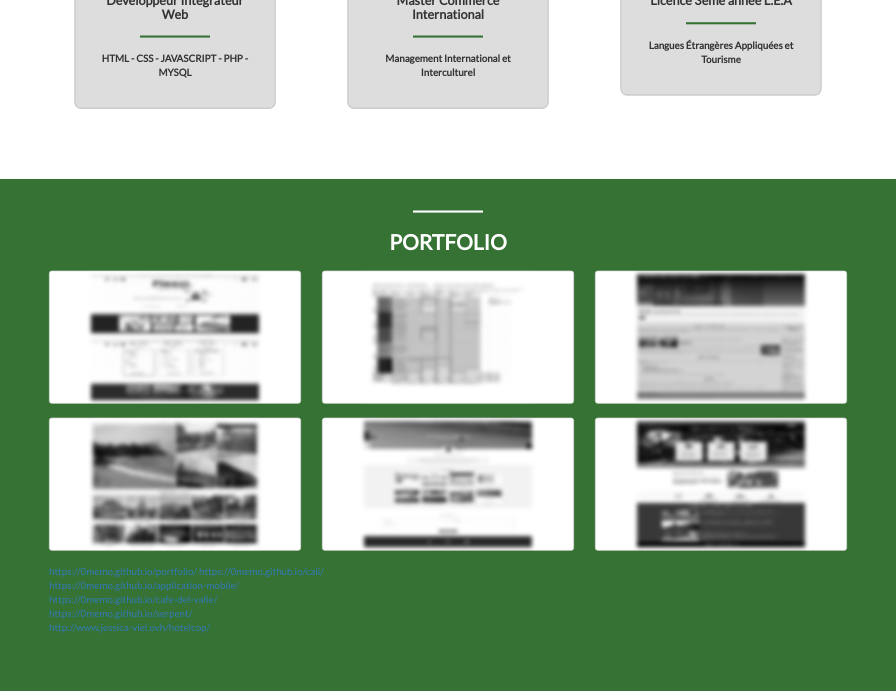
Repository: 0Memo/mon-cv
Page: index.html
The author's editor kept a copy of each file at every save. The page is drawn from the files as they stood at one save, then again after the next save.
The browser window is 1280 px wide. The pictures show the part of the page from y = 3774 to 5694 px (the page is 4761 px tall before and 5694 px after), at 70% of full size.

Above is the page before, as saved 2020-12-29 15:23:55.

After the next save:
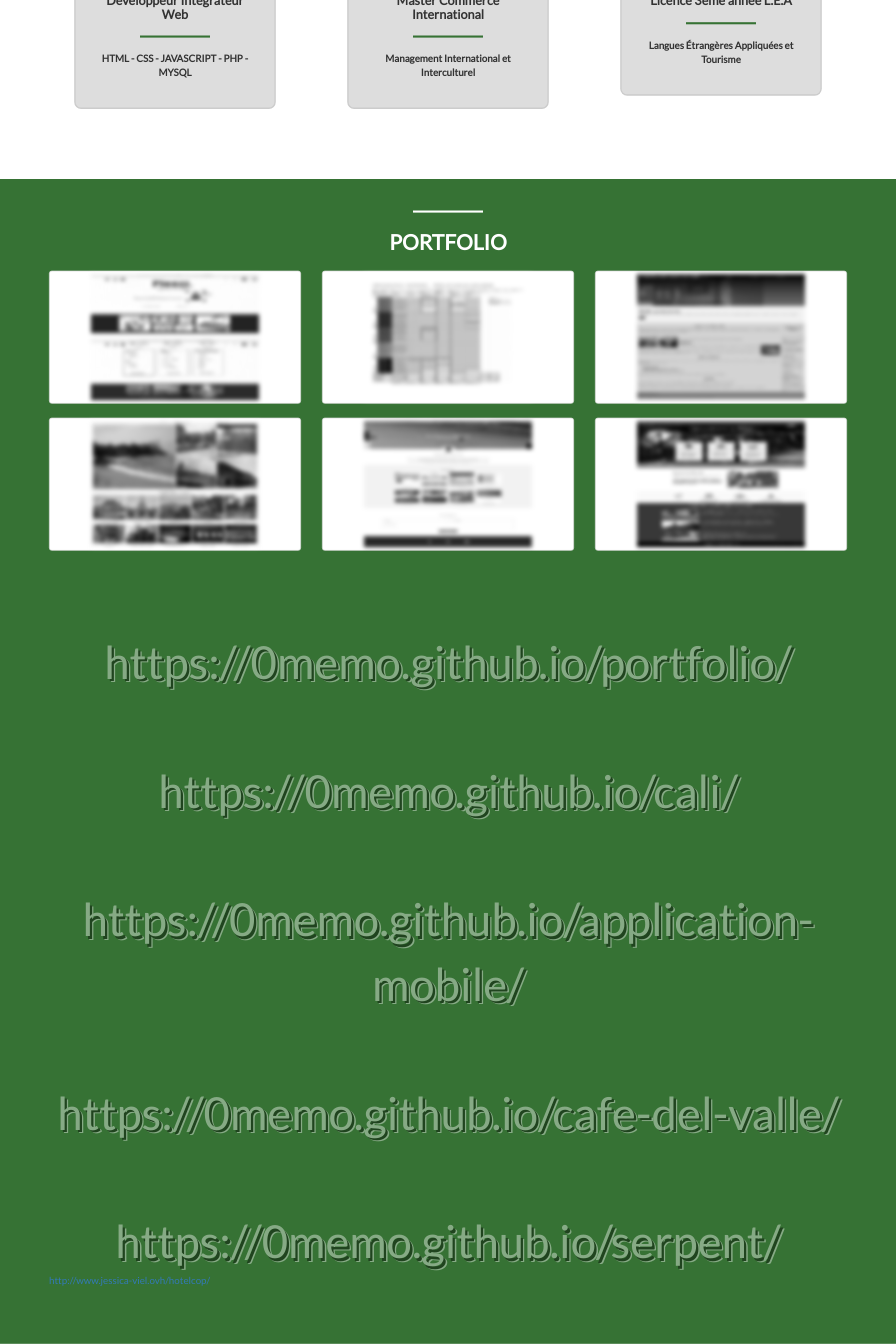
Saved 22 s later.
--- a/css/styles.css
+++ b/css/styles.css
@@ -313,6 +313,15 @@ section {
 }
 
 #portfolio .link a {
+    display: block;
+    margin-top: 8%;
+    color: #fff;
+    font-size: 65px;
+    text-align: center;
+    opacity: 0.4;
+    transition: 2s;
+    text-shadow: black .05em .05em 0,
+    white .08em .08em 0;
 }
 
 #portfolio .link a:hover {
